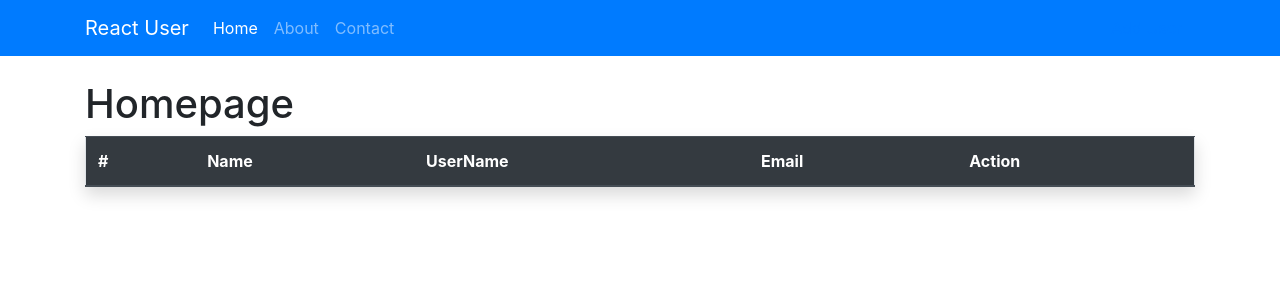
Repository: hardik2626/reactcrud2020
Page: /
An editor plug-in stored every save of this project. The page is shown before and after the next save, followed by the edit.
The browser window is 1280 px wide. The pictures show the whole page.
The project was rebuilt for these pictures with package versions that can differ from the ones it lists, and the page was loaded fresh each time. Also part of the build but not shown: src/index.css, src/App.css, src/component/pages/About.js, src/component/pages/Contact.js, src/component/pages/Notfound.js.

Above is the page before, as saved 2020-10-29 09:59:16.

### src/App.js

import './App.css';
import '../node_modules/bootstrap/dist/css/bootstrap.css'
import Home from './component/pages/Home';
import About from './component/pages/About';
import Contact from './component/pages/Contact';
import Navbar from './component/layout/Navbar';
import {BrowserRouter as Router, Route, Switch} from 'react-router-dom'
import Notfound from './component/pages/Notfound';

function App() {
  return (
    <Router>
      <div className="App">
        <Navbar />
        <Switch>
          <Route exact path="/" component={Home} />
          <Route exact path="/about" component={About} />
          <Route exact path="/contact" component={Contact} />
          <Route  component={Notfound} />
        </Switch>
    </div>
    </Router>
  );
}

export default App;

### src/component/pages/Home.js
import axios from 'axios'
import React, { useEffect, useState } from 'react'
import { Link } from 'react-router-dom'

const Home = () => {
    const [users, setUsers] = useState([])

    useEffect(() => {

    }, [])

    const loadUsers = async () => {
        const result = await axios.get("http://localhost:3003/users")
        setUsers(result.data)
    }

    return (
        <>
            <div className="container">
                <div className="py-4">
                    <h1>Homepage</h1>
                    <table class="table border shadow">
                        <thead class="thead-dark">
                            <tr>
                            <th scope="col">#</th>
                            <th scope="col">Name</th>
                            <th scope="col">UserName</th>
                            <th scope="col">Email</th>
                            <th>Action</th>
                            </tr>
                        </thead>
                        <tbody>
                            {
                                users.map((users, index) => (
                                    <tr>
                                    <td scope="col">{index + 1}</td>
                                    <td>{users.name}</td>
                                    <td>{users.username}</td>
                                    <td>{users.email}</td>
                                    <td>
                                        <Link class="btn btn-primary mr-2">View</Link>
                                        <Link class="btn btn-outline-primary mr-2">Edit</Link>
                                        <Link class="btn btn-danger">Delete</Link>
                                    </td>
                                    </tr>
                                ))
                            }
                        </tbody>
                    </table>
                    <axios />
                </div>
            </div>
        </>
    )
}

export default Home

### src/component/layout/Navbar.js
import React from 'react'
import { NavLink } from 'react-router-dom'

const Navbar = () => {
    return (
        <>
            <nav className="navbar navbar-expand-lg navbar-dark  bg-primary">
                <div className="container">
                <NavLink className="navbar-brand" to="/">React User</NavLink>
                    <button className="navbar-toggler" type="button" data-toggle="collapse" data-target="#navbarSupportedContent" aria-controls="navbarSupportedContent" aria-expanded="false" aria-label="Toggle navigation">
                        <span className="navbar-toggler-icon"></span>
                    </button>

                    <div className="collapse navbar-collapse">
                        <ul className="navbar-nav mr-auto">
                        <li className="nav-item">
                            <NavLink className="nav-link" exact to="/">Home</NavLink>
                        </li>
                        <li className="nav-item">
                            <NavLink className="nav-link" exact to="/about">About</NavLink>
                        </li>
                        <li className="nav-item">
                            <NavLink className="nav-link" exact to="/contact">Contact</NavLink>
                        </li>



                        </ul>
                    </div>
                    <button className="btn btn-outline-primary">Add User</button>
                </div>
            </nav>
        </>
    )
}

export default Navbar

Loaded but not shown: public/index.html (common file); src/index.js (common file)

After the next save:
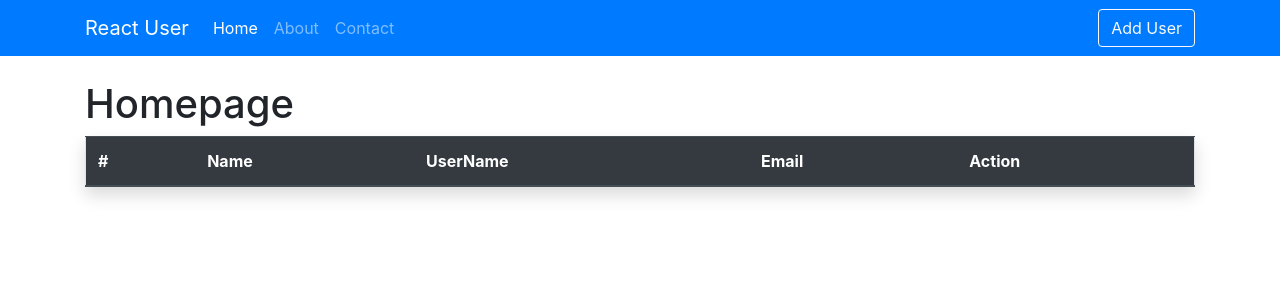
Saved 16 s later.
--- a/src/component/layout/Navbar.js
+++ b/src/component/layout/Navbar.js
@@ -27,7 +27,7 @@ const Navbar = () => {
 
                         </ul>
                     </div>
-                    <button className="btn btn-outline-primary">Add User</button>
+                    <button className="btn btn-outline-light">Add User</button>
                 </div>
             </nav>
         </>
